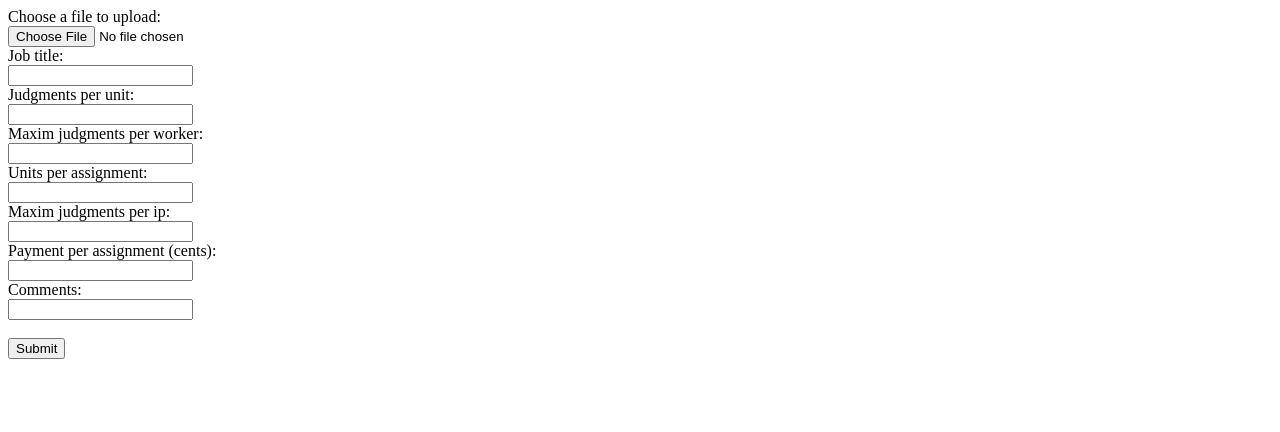
Repository: laroyo/watsonc
Page: http://localhost/oana/index.php
An editor plug-in stored every save of this project. The page is shown before and after the next save, followed by the edit.
The browser window is 1280 px wide. The pictures show the whole page.
The page is run by PHP 8.4 with error messages shown; the project is at /var/www/html/.

Above is the page before, as saved 2013-03-06 09:47:21.

### GUI/stift7/hui/oana/index.php
<html>
<head>
<title> Create a CrowdFlower job </title>
</head>
<body>
<form enctype="multipart/form-data" action="/oana/indexcrowdflower.php" method="POST">
<div class="borderframe"  >
	<div class="labelfield">Choose a file to upload:</div>
	<div class="inputfield"><input name="uploadedfile" type="file"  /></div>
	<div class="labelfield">Job title:</div>
	<div class="inputfield"><input type="text" name="title" /></div>
	<div class="labelfield">Judgments per unit:</div>
	<div class="inputfield"><input type="text" name="judgments_per_unit" /></div>
	<div class="labelfield">Maxim judgments per worker:</div>
	<div class="inputfield"><input type="text" name="max_judgments_per_worker" /></div>
	<div class="labelfield">Units per assignment:</div>
	<div class="inputfield"><input type="text" name="units_per_assignment" /></div>
	<div class="labelfield">Maxim judgments per ip:</div>
	<div class="inputfield"><input type="text" name="max_judgments_per_ip" /></div>
	<div class="labelfield">Payment per assignment (cents):</div>
	<div class="inputfield"><input type="text" name="payment" /></div>
	<div class="labelfield" title = "The purposes or notes of creating the job">Comments:</div>
	<div class="inputfield"><input type="comment" name="job_comment" /></div>
	<div class="labelfield">&nbsp;</div>
	<div class="inputfield"><input type="submit" value="Submit" /></div>
	</div>
</form>
</body>
</html>

After the next save:
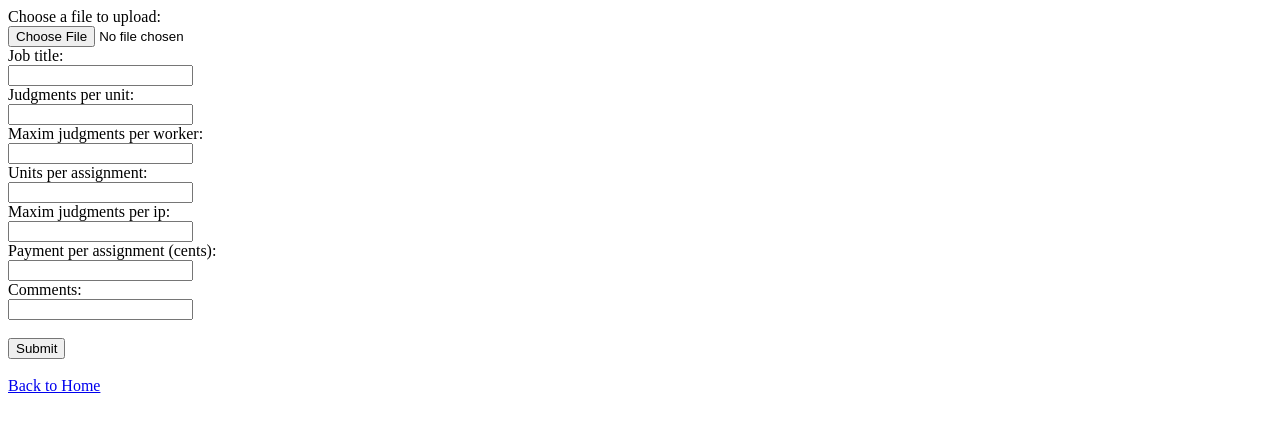
Saved 8 min 0 s later.
--- a/GUI/stift7/hui/oana/index.php
+++ b/GUI/stift7/hui/oana/index.php
@@ -23,6 +23,8 @@
 	<div class="inputfield"><input type="comment" name="job_comment" /></div>
 	<div class="labelfield">&nbsp;</div>
 	<div class="inputfield"><input type="submit" value="Submit" /></div>
+	<div class="labelfield">&nbsp;</div>
+	<div class="inputfield"><a href='..hui/index.php'>Back to Home</a></div>
 	</div>
 </form>
 </body>
